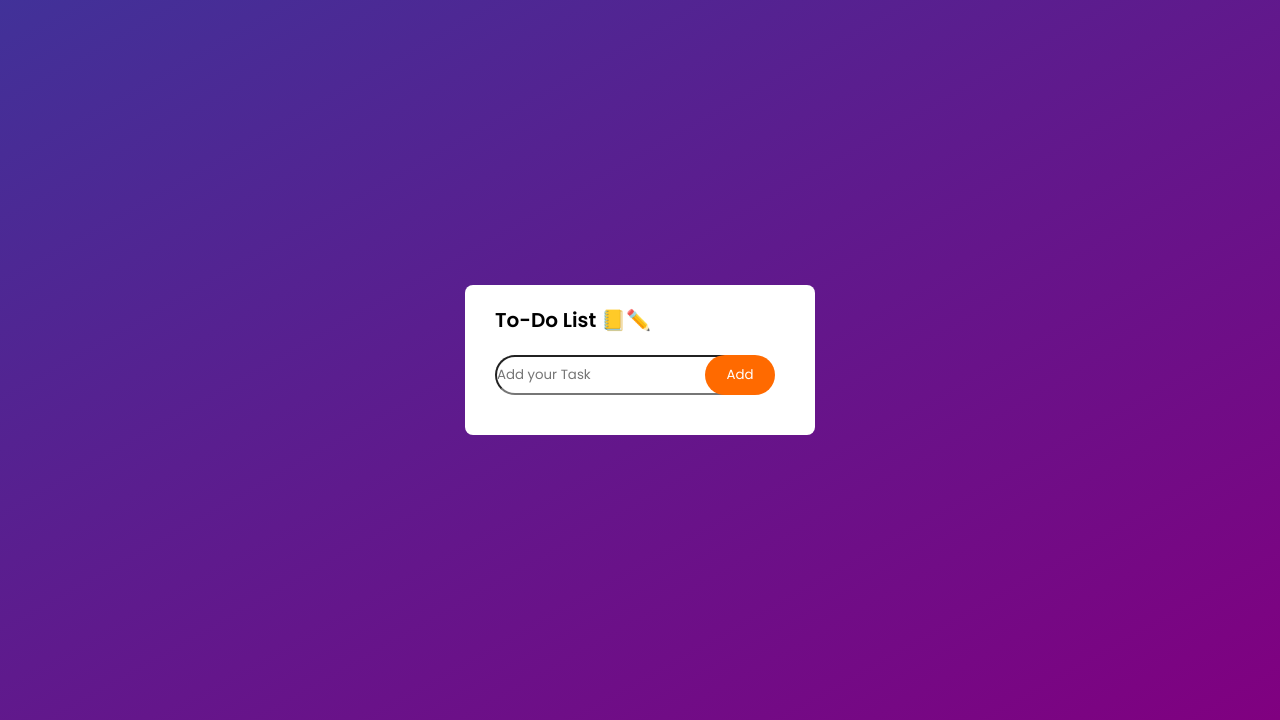
Repository: Ankitkr2021/To-Do-List
Page: index.html
An editor plug-in stored every save of this project. The page is shown before and after the next save, followed by the edit.
The browser window is 1280 px wide. The pictures show the whole page.

Above is the page before, as saved 2025-10-03 10:11:22.

### index.html
<!DOCTYPE html>
<html lang="en">
<head>
    <meta charset="UTF-8">
    <meta name="viewport" content="width=device-width, initial-scale=1.0">
    <title>To-Do-List</title>
    <link rel="stylesheet" href="./style.css">
</head>
<body>
    <div class="box">
        <h1>To-Do List 📒✏️</h1>
        <div class="task">
        <input id="add" type="text" placeholder="Add your Task">
        <button type="submit">Add</button>
        </div>
    </div>
</body>
</html>

### style.css
@import url("https://fonts.googleapis.com/css2?family=Poppins:wght@300;400;500;600;700&display=swap");

*{
    margin: 0;
    padding: 0;
    box-sizing: border-box;
    font-family: 'Poppins',sans-serif;
}

body{
    display: flex;
    justify-content: center;
    align-items: center;
    height: 100vh;
    background: linear-gradient(to bottom right, rgba(40, 22, 139, 0.884), purple);
}

.box {
    background: #fff;
    height: 150px;
    max-height: 300px;
    width: 350px;
    border-radius: 8px;
}

.box h1 {
    padding: 20px 30px;
    font-size: 20px;
    font-weight: 600;
}

.task {
    /* background: #000; */
    padding: 0 30px;
    position: relative;
}

.task input {
    width: 90%;
    height: 40px;
    border-radius: 20px;
}

.task button {
    content: "";
    position: absolute;
    left: 240px;
    height: 40px;
    width: 20%;
    border-radius: 20px;
    background: rgb(255, 106, 0);
    color: #fff;
    border: none;
}

After the next save:
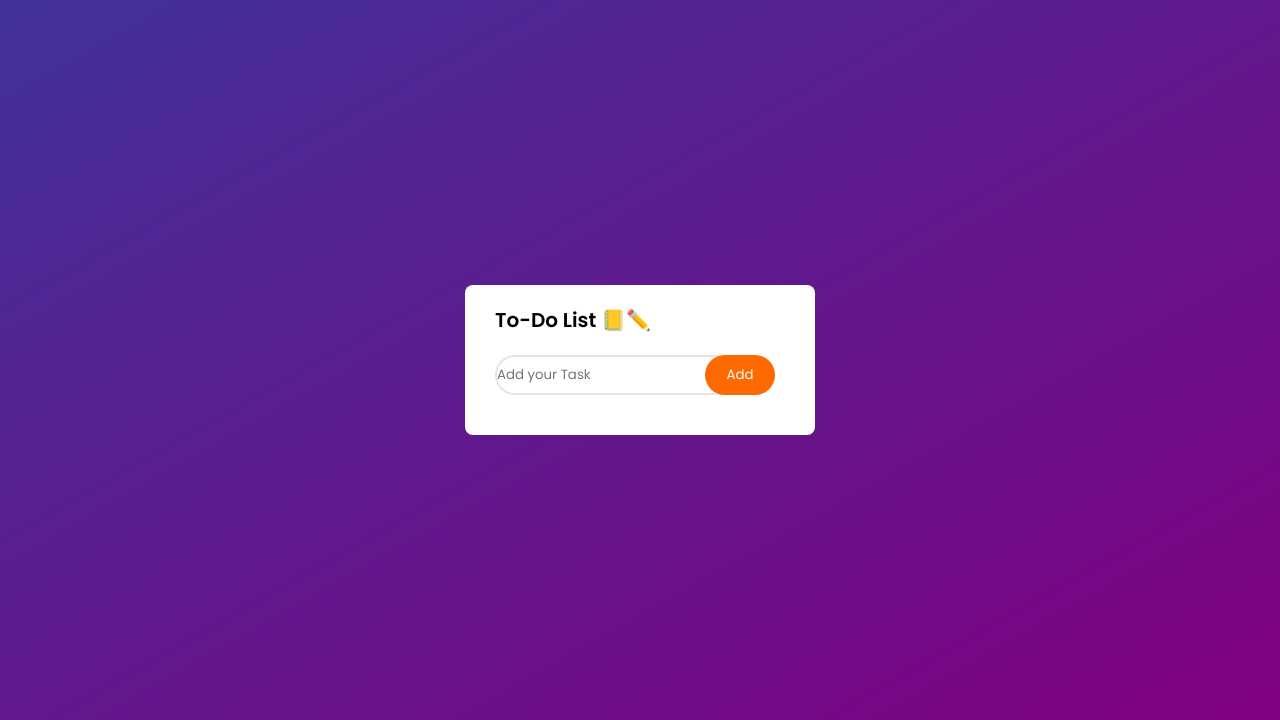
Saved 20 s later.
--- a/style.css
+++ b/style.css
@@ -39,6 +39,7 @@ body{
     width: 90%;
     height: 40px;
     border-radius: 20px;
+    border: 2px solid rgba(0,0,0,0.1);
 }
 
 .task button {
